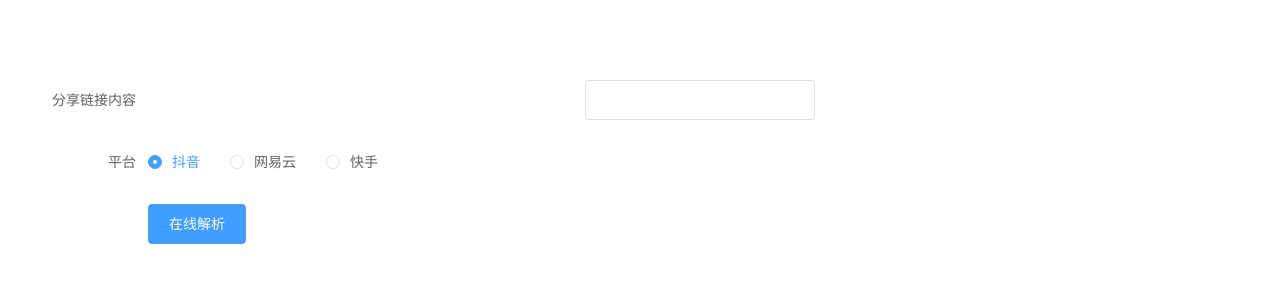
Repository: lyln/freepd
Page: / (app in frontend/freepd/)
These files come from the project's save history. The page is drawn as it stood at one moment and after the next save; the edit follows.
The browser window is 1280 px wide. The pictures show the whole page.
The project was rebuilt for these pictures with package versions that can differ from the ones it lists, and the page was loaded fresh each time.

Above is the page before, as saved 2022-05-22 18:02:26.

After the next save:
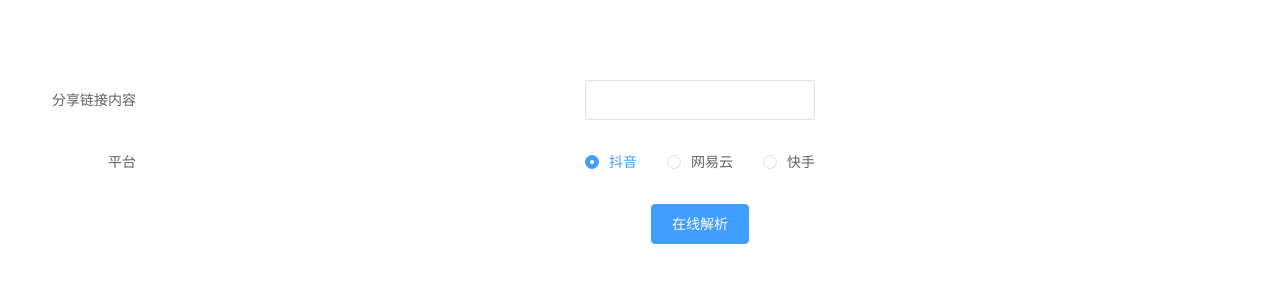
Saved 17 s later.
--- a/frontend/freepd/src/components/HelloWorld.vue
+++ b/frontend/freepd/src/components/HelloWorld.vue
@@ -10,19 +10,18 @@
 							<el-input v-model="form.url"></el-input>
 						</el-form-item>
 						<el-form-item label="平台" label-width="120px">
-							<div style="text-align: left">
-								<el-radio-group v-model="form.type">
-									<el-radio :label="1">抖音</el-radio>
-									<el-radio :label="2">网易云</el-radio>
-									<el-radio :label="3">快手</el-radio>
-								</el-radio-group>
-							</div>
+
+							<el-radio-group v-model="form.type">
+								<el-radio :label="1">抖音</el-radio>
+								<el-radio :label="2">网易云</el-radio>
+								<el-radio :label="3">快手</el-radio>
+							</el-radio-group>
 
 						</el-form-item>
 						<el-form-item>
-							<div style="text-align: left">
-								<el-button type="primary" @click="onSubmit">在线解析</el-button>
-							</div>
+
+							<el-button type="primary" @click="onSubmit">在线解析</el-button>
+
 						</el-form-item>
 					</el-form>
 
